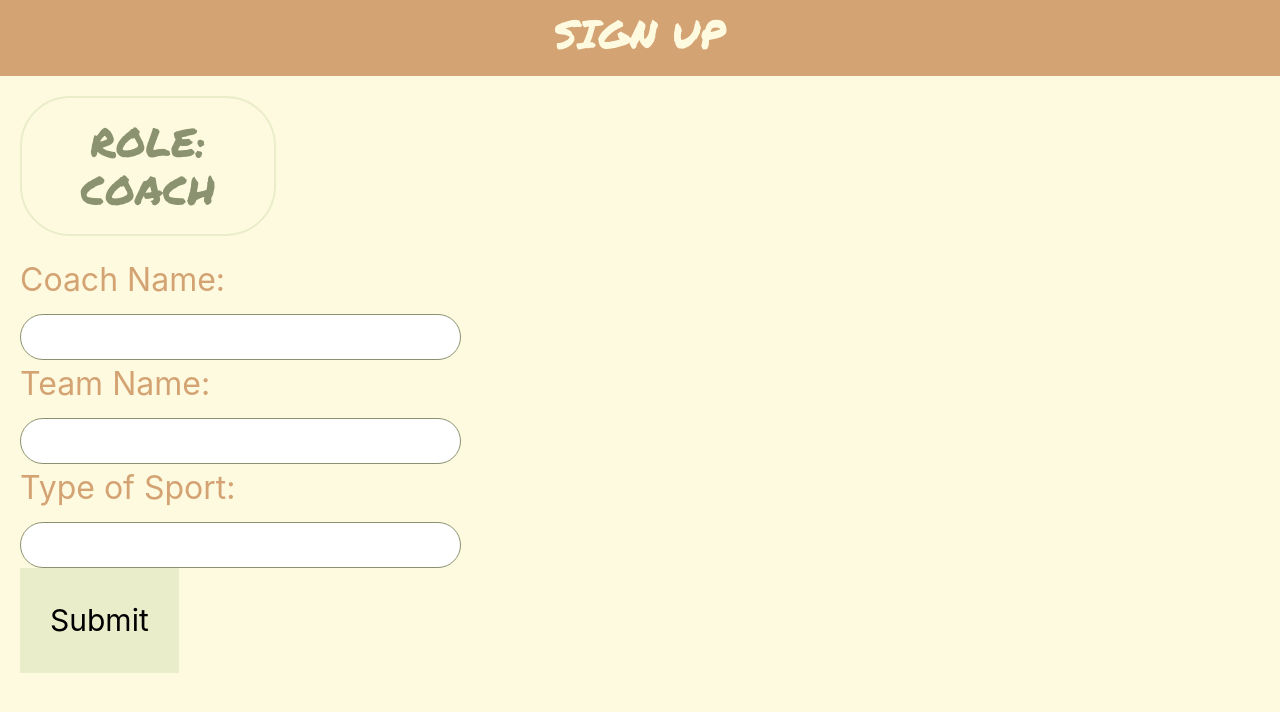
Repository: Aryaholmukhe/treasureHacks
Page: http://localhost/coach
The author's editor kept a copy of each file at every save. The page is drawn from the files as they stood at one save, then again after a run of saves.
The browser window is 1280 px wide. The pictures show the whole page.
The page is served by the project's Node server (server.js). Queries for data that is not in the repository find no rows.

Above is the page before, as saved 2022-03-26 19:53:56.

### views/signup/coach.ejs
<html lang="en">

<head>
    <meta charset="UTF-8">
    <meta http-equiv="X-UA-Compatible" content="IE=edge">
    <meta name="viewport" content="width=device-width, initial-scale=1.0">
    <link rel="stylesheet" href="https://cdn.jsdelivr.net/npm/bootstrap@4.6.1/dist/css/bootstrap.min.css">
    <script src="https://cdn.jsdelivr.net/npm/jquery@3.6.0/dist/jquery.slim.min.js"></script>
    <script src="https://cdn.jsdelivr.net/npm/popper.js@1.16.1/dist/umd/popper.min.js"></script>
    <script src="https://cdn.jsdelivr.net/npm/bootstrap@4.6.1/dist/js/bootstrap.bundle.min.js"></script>
    <link rel="preconnect" href="https://fonts.googleapis.com">
    <link rel="preconnect" href="https://fonts.gstatic.com" crossorigin>
    <link href="https://fonts.googleapis.com/css2?family=Permanent+Marker&display=swap" rel="stylesheet">
    <link rel="stylesheet" href="../views/public/main.css">

    <title>COACH SIGN UP</title>
</head>

<body style="background-color: #FEFAE0">

    <!-- CHANGE PADDINGS TO BOOTSTRAP4 -->
    <div class="header" style="color: #FEFAE0; text-align: center; font-family: 'Permanent Marker', cursive; background-color: #D4A373; padding: 10px 0px;">
        <h1>SIGN UP</h1>
    </div>

    <h1 class="role" style="font-family: 'Permanent Marker', cursive; color: #8A926F; padding: 20px 20px; border-radius: 50px; border: 2px solid #E9EDC9; width: 20%; margin: 20px 20px; text-align: center">ROLE: COACH</h1>

    <form action="/coach" method="post" style="margin-left: 20px">

        <label class="label" for="coachName" style="color: #D4A373; font-size: 32px;">Coach Name: </label>
        <input class="input" type="text" name="coachName" style="border: 1px solid #8A926F; background-color: none; border-radius: 50px; font-size: 28px">
<br>
        <label class="label" for="teamName" style="color: #D4A373; font-size: 32px;">Team Name: </label>
        <input class="input" type="text" name="teamName" style="border: 1px solid #8A926F; background-color: none; border-radius: 50px; font-size: 28px">
<br>
        <label class="label" for="sportType" style="color: #D4A373; font-size: 32px;">Type of Sport: </label>
        <input class="input" type="text" name="sportType" style="border: 1px solid #8A926F; background-color: none; border-radius: 50px; font-size: 28px">
<br>


            <button type="submit" class="add" style="border: none; background-color: #E9EDC9; font-size: 30px; padding: 30px 30px; co">Submit</button>
        </div>
    </form>
    </div>


    <script src="./coach.js"></script>

</html>

### server.js
//jshint esversion:6

const express = require("express");
const bodyParser = require("body-parser");
const mongoose = require("mongoose");
const _ = require("lodash");
const { join } = require("path");
require("dotenv").config();
const app = express();

// TWILIO STUFF

const accountSID = process.env.ACCOUNT_SID;
const authToken = process.env.AUTH_TOKEN;

const client = require('twilio')(accountSID, authToken);


app.set('view engine', 'ejs');

app.use(bodyParser.urlencoded({ extended: true }));
app.use(express.static("public"));

app.get("/auth_config.json", (req, res) => {
    res.sendFile(join(__dirname, "/auth_config.json"));
})

// for each team member
mongoose.connect("mongodb://localhost:27017/teamMembersDB", { useNewUrlParser: true });

const membersSchema = new mongoose.Schema({
    name: String,
    role: String,
    age: Number,
    email: String,
    phone: String,
    progress: []
});

let members = [];

const Member = mongoose.model("Member", membersSchema);

// to identify teams
const teamSchema = new mongoose.Schema({
    coachName: String,
    team: [{ name: String }, { sport: String }]
})

const Team = mongoose.model("Team", teamSchema);

// When no members are present
const noMember = new Member({
    name: "No members yet"
})


// get requests

app.get("/signup", (req, res) => {
    res.render("signup/signup")
})
let person = "";
app.get("/coach", (req, res) => {
    person = "Coach"
    res.render("signup/coach");
})

app.get("/player", (req, res) => {
    person = "Team Member"
    res.render("signup/player")
})

app.get("/", (req, res) => {
    Member.find({}, function (err, foundMembers) {

        if (foundMembers.length === 0) {
            members.push(noMember)
            Member.insertMany(members, function (err) {
                if (err) {
                    console.log(err);
                } else {
                    console.log("Successfully saved members to DB.");
                }
            });
            // res.redirect("/");
        } else {
            Member.deleteOne({ "name": "No members yet" }, (err, person) => {
                if (err) return handleError(err);
            })
            res.render('index', { allMembers: foundMembers, person: person })
        }
    });
})

app.get("/:personName", function (req, res) {
    const personName = _.capitalize(req.params.personName);
    let person;
    Member.find({ _id: personName }, (err, person) => {
        person = person.name;
    })
    res.send(person);
    // res.render("account", { personName: personName });
});


// post requests

app.post("/", (req, res) => {

    const playerName = req.body.newPlayer;
    const role = req.body.newRole;
    const listName = req.body.list;
    const player = new Member({
        name: playerName,
        role: role
    })
    player.save();
    res.redirect("/")
})

app.post("/delete", function (req, res) {
    const removedPlayer = req.body.checkbox;

    Member.findByIdAndRemove(removedPlayer, function (err) {
        if (!err) {
            console.log("Successfully deleted player.");
            res.redirect("/");
        } else { console.log(err) }
    });

})

app.post("/coach", (req, res) => {
    const coachName = req.body.coachName;
    const teamName = req.body.teamName;
    const sportType = req.body.sportType;
    teams = new Team({
        coachName: coachName,
        team: [{ name: teamName, sport: sportType }]
    })
    res.redirect("/")
})

app.post("/announcements", (req, res) => {
    const message = req.body.message;
    members.forEach(member => {
        client.messages.create({
            to: member.phone,
            from: process.env.TWILIO_PHONE_NUMBER, //is this going to be dynamic?
            body: message
        })
            .then((message) => {
                console.log(message.sid)
                res.redirect("/")
            });
    })
})

app.listen(3000, function () {
    console.log("Server started on port 3000");
});

### views/public/main.css
.hidden {
    display: none;
  }

  label {
    margin-bottom: 10px;
    display: block;
    color: purple;
  }
  body{
    background-color:blue;
  }

After the next 2 saves:
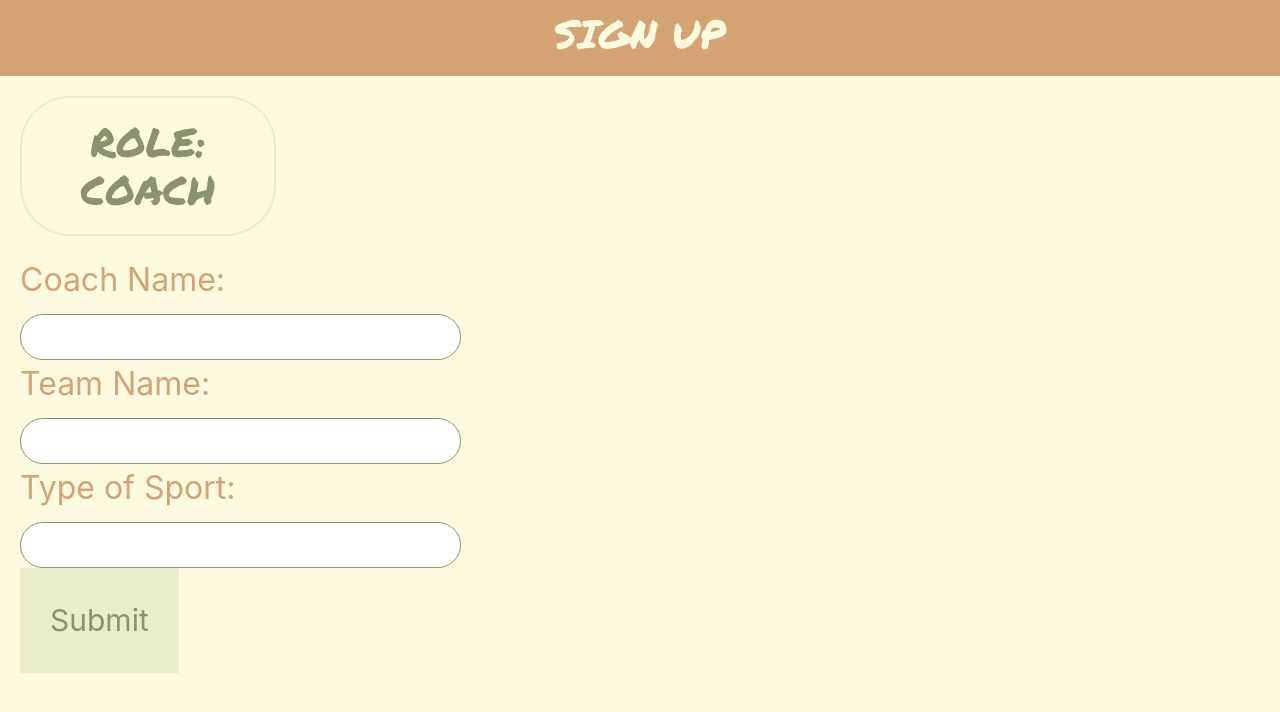
The 2 saves are shown as one change because they came seconds apart.
The last was saved 6 s later.
--- a/views/signup/coach.ejs
+++ b/views/signup/coach.ejs
@@ -38,7 +38,7 @@
 <br>
 
 
-            <button type="submit" class="add" style="border: none; background-color: #E9EDC9; font-size: 30px; padding: 30px 30px; co">Submit</button>
+            <button type="submit" class="add" style="border: none; background-color: #E9EDC9; font-size: 30px; padding: 30px 30px; color: #8A926F; ">Submit</button>
         </div>
     </form>
     </div>
